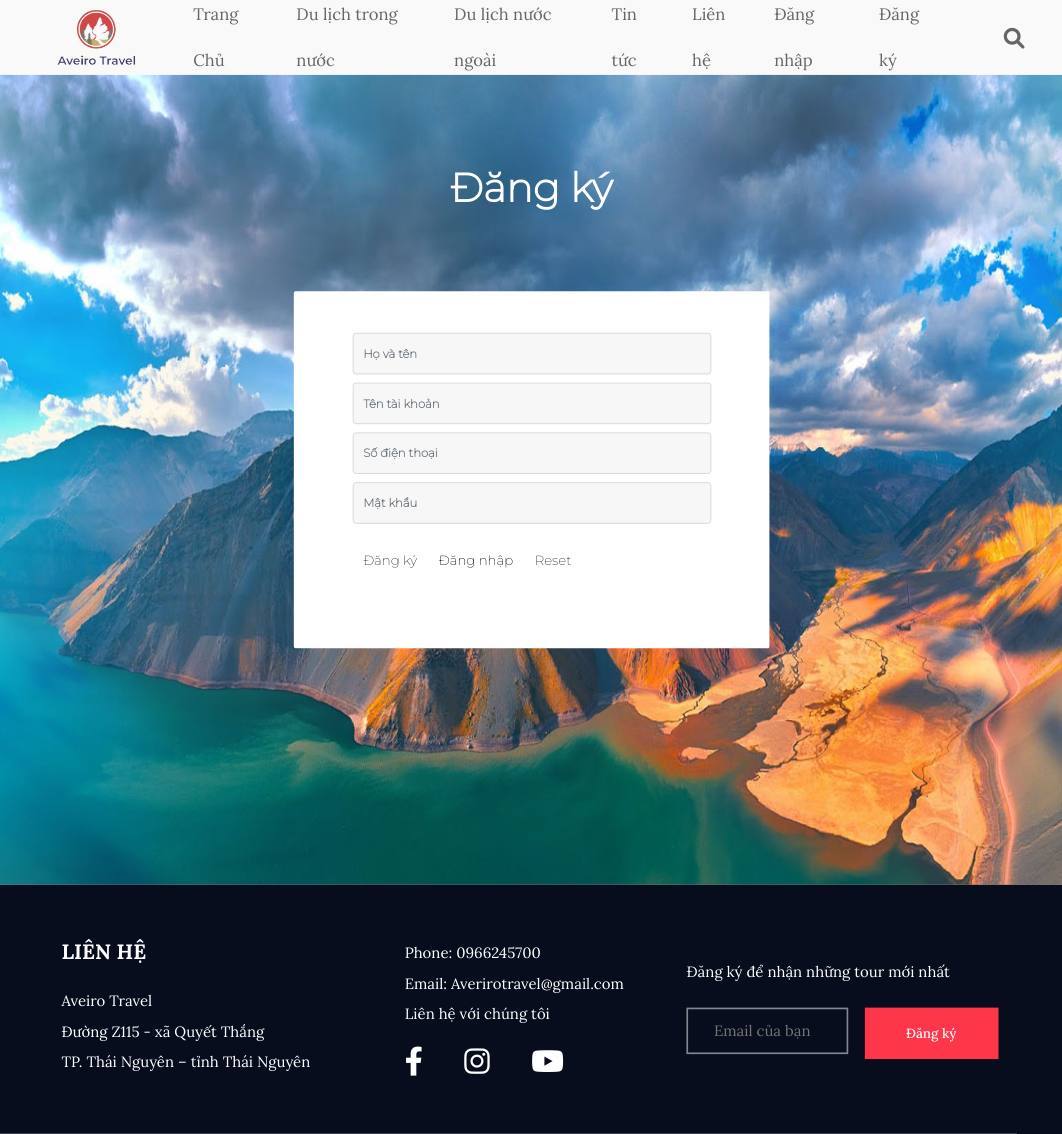
Repository: tuan842001/demotest
Page: /register
These files come from the project's save history. The page is drawn as it stood at one moment and after a run of saves; the edit follows.
The browser window is 1280 px wide. The pictures show the whole page, at 83% of full size.
The project was rebuilt for these pictures with package versions that can differ from the ones it lists, and the page was loaded fresh each time. Also part of the build but not shown: src/components/header/header.css, src/components/header/Header.jsx, src/components/top/top.css, src/components/top/Top.jsx, src/components/post/post.css, src/components/post/Post.jsx, src/components/intourPost/intourPost.css, src/components/intourPost/IntourPost.jsx and 15 more.

Above is the page before, as saved 2021-10-14 22:29:41.

### public/index.html
<!DOCTYPE html>
<html lang="en">
  <head>
    <meta charset="utf-8" />
    <link rel="icon" href="%PUBLIC_URL%/favicon.ico" />
    <meta name="viewport" content="width=device-width, initial-scale=1" />
    <meta name="theme-color" content="#000000" />
    <meta name="description" content="Web site created using create-react-app"/>
    <link href="https://fonts.googleapis.com/css2?family=Lora:wght@400;500;600;700&display=swap" rel="stylesheet">
    <link rel="stylesheet" href="https://cdnjs.cloudflare.com/ajax/libs/font-awesome/6.0.0-beta2/css/all.min.css" integrity="sha512-YWzhKL2whUzgiheMoBFwW8CKV4qpHQAEuvilg9FAn5VJUDwKZZxkJNuGM4XkWuk94WCrrwslk8yWNGmY1EduTA==" crossorigin="anonymous" referrerpolicy="no-referrer" />
    <link href="https://fonts.googleapis.com/css2?family=Lora:ital,wght@1,700&family=Montserrat:wght@200&display=swap" rel="stylesheet">
    <link href="https://cdn.jsdelivr.net/npm/bootstrap@5.1.3/dist/css/bootstrap.min.css" rel="stylesheet" integrity="sha384-1BmE4kWBq78iYhFldvKuhfTAU6auU8tT94WrHftjDbrCEXSU1oBoqyl2QvZ6jIW3" crossorigin="anonymous">
    <title>Aveiro Travel</title>
  </head>
  <body>
    <noscript>You need to enable JavaScript to run this app.</noscript>
    <div id="root"></div>
  </body>
</html>

### src/App.js
import Home from './pages/home/Home';
import Intour from './pages/intour/Intour';
import Login from './pages/login/Login';
import Register from './pages/register/Register';
import TopBar from './components/topbar/TopBar';
import Bottombar from "./components/bottombar/Bottombar";
import "./app.css"
import {
  BrowserRouter as Router,
  Switch,
  Route,
  Link
} from "react-router-dom";


function App() {
  const user = false;
  return (
    <Router>
    <TopBar />
      <Switch>
        <Route path="/register">
          <Register />
        </Route>
        <Route path="/login">
          <Login />
        </Route>
        <Route path="/intour">
          <Intour />
        </Route>
        <Route path="/">
          <Home />
        </Route>
      </Switch>
    </Router>
  );
}

export default App;

### src/pages/register/Register.jsx
import "./register.css";
import { Link } from "react-router-dom";
import Bottombar from "../../components/bottombar/Bottombar";

export default function Register() {
  return (
    <>
      <div className="register">
        <img className="loginImg" src="./assets/images/register2.jpg" alt="" />
        <div className="container">
          <div className="row">
            <div className="col-md-12">
              <div className="loginContent">
                <div className="loginContentInner">
                  <div className="loginTitle">Đăng ký</div>
                </div>
              </div>
            </div>
            <div className="col-md-12">
              <div className="loginFrom">
                <div className="loginMain">
                  <form id="Login" method="post">
                    <div class="form-group">
                      <input
                        type="text"
                        class="form-control loginform"
                        value=""
                        id="inputEmail"
                        name="name"
                        placeholder="Họ và tên"
                      />
                    </div>
                    <div className="form-group">
                      <input
                        name="email"
                        type="email"
                        className="form-control loginform"
                        id="inputUsername"
                        placeholder="Tên tài khoản"
                      />
                    </div>
                    <div class="form-group">
                      <input
                        type="text"
                        value=""
                        class="form-control loginform"
                        id="inputEmail"
                        name="sdt"
                        placeholder="Số điện thoại"
                      />
                    </div>
                    <div className="form-group">
                      <input
                        name="password"
                        type="password"
                        className="form-control loginform"
                        id="inputPassword"
                        placeholder="Mật khẩu"
                      />
                    </div>

                    <button
                      class="btn btn-gradient-01"
                      name="action"
                      value="add-khachhang"
                      id="add-tour"
                      type="submit"
                    >
                      <i class="la la-check"></i>Đăng ký
                    </button>
                    <button class="btn btn-gradient-01">
                      <Link style={{ color: "#000" }} to="/login">
                        Đăng nhập
                      </Link>
                    </button>
                    <button class="btn btn-gradient-01" type="reset">
                      <i class="la la-rotate-left"></i>Reset
                    </button>
                  </form>
                </div>
              </div>
            </div>
          </div>
        </div>
      </div>
      <Bottombar />
    </>
  );
}

### src/components/topbar/TopBar.jsx
import { Link } from "react-router-dom";
import React from "react";
import "./topbar.css";

export default function TopBar() {
  const user = false;
  return (
    <div className="top">
      <div className="topLeft">
        <img
          className="topImg"
          src="./assets/images/logoAveiroTravel.png"
          alt=""
        />
      </div>
      <div className="topCenter">
        <ul className="topList">
          <li className="topListItem">
            <Link
              style={{
                textDecoration: "none",
                color: "inherit",
                fontsize: "20px",
              }}
              to="/"
            >
              Trang Chủ
            </Link>
          </li>
          <li className="topListItem">
            <Link
              style={{
                textDecoration: "none",
                color: "inherit",
                fontsize: "20px",
              }}
              to="/intour"
            >
              Du lịch trong nước
            </Link>
          </li>
          <li className="topListItem">
            <Link
              style={{
                textDecoration: "none",
                color: "inherit",
                fontsize: "20px",
              }}
              to="/intour"
            >
              Du lịch nước ngoài
            </Link>
          </li>
          <li className="topListItem">
            <Link
              style={{
                textDecoration: "none",
                color: "inherit",
                fontsize: "20px",
              }}
              to="/intour"
            >
              Tin tức
            </Link>
          </li>
          <li className="topListItem">
            <Link
              style={{
                textDecoration: "none",
                color: "inherit",
                fontsize: "20px",
              }}
              to="/intour"
            >
              Liên hệ
            </Link>
          </li>
          <li className="topListItem">
            <Link
              style={{
                textDecoration: "none",
                color: "inherit",
                fontsize: "20px",
              }}
              to="/login"
            >
              Đăng nhập
            </Link>
          </li>
          <li className="topListItem">
            <Link
              style={{
                textDecoration: "none",
                color: "inherit",
                fontsize: "20px",
              }}
              to="/register"
            >
              Đăng ký
            </Link>
          </li>
        </ul>
      </div>
      <div className="topRight">
        <i className="topSearchIcon fas fa-search"></i>
      </div>
    </div>
  );
}

### src/components/bottombar/Bottombar.jsx
import "./bottombar.css";

export default function Bottombar() {
  return (
    <div className="bottombar">
      <div className="bottomLeft">
        <span className="bottomTitle">LIÊN HỆ</span>
        <span className="bottomText">Aveiro Travel</span>
        <span className="bottomText">Đường Z115 - xã Quyết Thắng</span>
        <span className="bottomText">TP. Thái Nguyên – tỉnh Thái Nguyên</span>
      </div>
      <div className="bottomCenter">
        <span className="bottomText">Phone: 0966245700</span>
        <span className="bottomText">Email: Averirotravel@gmail.com</span>
        <span className="bottomText">
          Liên hệ với chúng tôi <i></i>
        </span>
        <div className="bottomItem">
          <i className="bottomIcon fab fa-facebook-f"></i>
          <i className="bottomIcon fab fa-instagram"></i>
          <i className="bottomIcon fab fa-youtube"></i>
        </div>
      </div>
      <div className="bottomRight">
        <span className="bottomText">Đăng ký để nhận những tour mới nhất</span>
        <div className="bottomSubscribe">
          <input
            type="email"
            id="bottom_input"
            className="bottom_input"
            placeholder="Email của bạn"
          />
          <button type="submit" id="bottom_button" class="bottom_button">
            Đăng ký
          </button>
        </div>
      </div>
    </div>
  );
}

### src/app.css
*{
    margin: 0;
    padding: 0;
    -webkit-font-smoothing: antialiased;
    -webkit-text-shadow: rgba(0,0,0,.01) 0 0 1px;
    text-shadow: rgb(0 0 0 / 1%) 0 0 1px;
}
body{
    font-family: 'Montserrat', sans-serif;
    font-size: 14px;
    font-weight: 400;
    background: #FFFFFF;
    color: #131a2f;
}
ul{
    list-style: none;
    margin-bottom: 0px;
}
a{
    display: block;
    font-size: 16px;
    font-weight: 500;
    line-height: 56px;
    text-decoration: none;
    background-color: transparent;
}
.container{
    width: 100%;
    padding-right: 15px;
    padding-left: 15px;
    margin-right: auto;
    margin-left: auto;
    position: relative;
}
.row{
    display: -ms-flexbox;
    display: flex;
    -ms-flex-wrap: wrap;
    flex-wrap: wrap;
    padding-top: 40px;
    padding-bottom: 65px;
    margin-left: calc(50% - 585px);
    margin-right: calc(50% - 585px);
}
.col{
    -ms-flex-preferred-size: 0;
    flex-basis: 0;
    -ms-flex-positive: 1;
    flex-grow: 1;
    max-width: 100%;
}
.sectionTitle{
    padding-top: 30px;
    line-height: 1.1;
    font-size: 40px;
    font-weight: 300;
    text-align: center!important;

}
.sectionTitle div {
    font-size: 16px;
    font-weight: 600;
    color: #7d8293;
    text-transform: uppercase;
    margin-top: 19px;
}
img{
    vertical-align: middle;
    border-style: none;
}
div{
    display: block;
    position: relative;
    -webkit-box-sizing: border-box;
    -moz-box-sizing: border-box;
    box-sizing: border-box;
}


.dropdown-content {
    display: none;
    position: absolute;
    right: 0;
    top: 100%;
    margin: 0;
    width: 100%;
    background: #FFFFFF;

    z-index: 1;
    box-shadow: 0 15px 25px rgb(63 78 100 / 15%);
}

.dropdown:hover .dropdown-content {
    display: block;
}

### src/pages/login/login.css
.loginImg{
    position: absolute;
    top: 0;
    left: 0;
    width: 100%;
    height: 100%;
    background-repeat: no-repeat;
    background-size: cover;
    background-position: center center;
}
.loginContent{
    width: 100%;
    height: 401px;
    top: -15%;
}
.loginTitle{
    font-size: 48px;
    font-weight: 700;
    color: #FFFFFF;
    text-align: center;
}
.loginContentInner{
    position: absolute;
    top: 30%;
    left: 0;
    width: 100%;
    text-align: left;
}
.loginForm{
    text-align: center;
}
.loginMain{
    background: #ffffff none repeat scroll 0 0;
    border-radius: 2px;
    margin: 10px auto 30px;
    max-width: 50%;
    padding: 50px 70px 70px 71px;
    bottom: 190px;
}
.form-group{
    margin-bottom: 10px;
}
.loginform{
    background: #f7f7f7 none repeat scroll 0 0;
    border: 1px solid #d4d4d4;
    border-radius: 4px;
    font-size: 14px;
    height: 50px;
    line-height: 50px;
    font-weight: 700;
}
.forgot {
    text-align: left;
    margin-bottom: 30px;
}
.forgot a {
    font-weight: 700;
    color: #777777;
    font-size: 14px;
    text-decoration: underline;
}
.login-form {
    background: #fe435b none repeat scroll 0 0;
    border-color: #fe435b;
    color: #ffffff;
    font-size: 14px;
    width: 100%;
    height: 50px;
    line-height: 50px;
    padding: 0;
    font-weight: 700;
}

### src/components/topbar/topbar.css
.top{
    width: 100%;
    height: 90px;
    background-color: #f9f9f9;
    position: sticky;
    top: 0;
    display: flex;
    align-items: center;
    font-family: 'Lora', serif;
    color: #666;
    z-index: 999;
}

.topLeft{
    flex: 2;
    display: flex;
    align-items: center;
    justify-content: center;
}
.topCenter{
    flex: 8;
}
.topRight{
    flex: 1;
    display: flex;
    align-items: center;
    justify-content: center;
}
.topImg{
    width: 140px;
    height: 140px;
    object-fit: cover;
}
.topList{
    display: flex;
    justify-content: end;
    margin: 0;
    padding: 0;
    list-style: none;
}
.topListItem{
    margin-right: 40px;
    font-size: 20px;
    font-weight: 400;
    cursor: pointer;
}
.topListItem a {
    font-size: 20px;
    font-weight: 400;
}
.topSearchIcon{
    font-size: 25px;
    color: #666;
    cursor: pointer;
}

### src/components/bottombar/bottombar.css
.bottombar{
    width: 100%;
    height: 300px;
    background-color: #080d1d;
    display: flex;
    align-items: center;
    font-family: 'Lora', serif;
    color: #fff;
    font-size: 18px;
    position: absolute;
}
.bottomLeft, .bottomCenter {
    flex: 3;
    display: flex;
    flex-direction: column;
    justify-content: center;
    margin-left: 74px;
}

.bottomRight{
    flex: 4;
    display: flex;
    flex-direction: column;
    justify-content: center;
}
.bottomTitle{
    font-size: 25px;
    font-weight: 700;
    margin-bottom: 25px;
}
.bottomText{
    margin-bottom: 10px;
}
.bottomIcon{
    font-size: 35px;
    margin-top: 15px;
    margin-right: 50px;
    cursor: pointer;
}
.bottomSubscribe{
    display: flex;
    margin-top: 20px;
}
.bottom_input{
    width: calc(65% - 100px);
    height: 56px;
    border: solid 2px rgba(255,255,255,0.5);
    outline: none;
    background: transparent;
    padding-left: 31px;
    color: #FFFFFF;
}
.bottom_button{
    width: 161px;
    height: 62px;
    vertical-align: top;
    cursor: pointer;
    border: none;
    outline: none;
    background: #fe364a;
    color: #FFFFFF;
    font-size: 16px;
    margin-left: 20px;
    font-weight: 500;
    -webkit-transition: all 200ms ease;
    -moz-transition: all 200ms ease;
    -ms-transition: all 200ms ease;
    -o-transition: all 200ms ease;
    transition: all 200ms ease;
}

Loaded but not shown: src/index.js (common file); src/pages/intour/intour.css (no stored copy; drawn as an empty file)

After the next 2 saves:
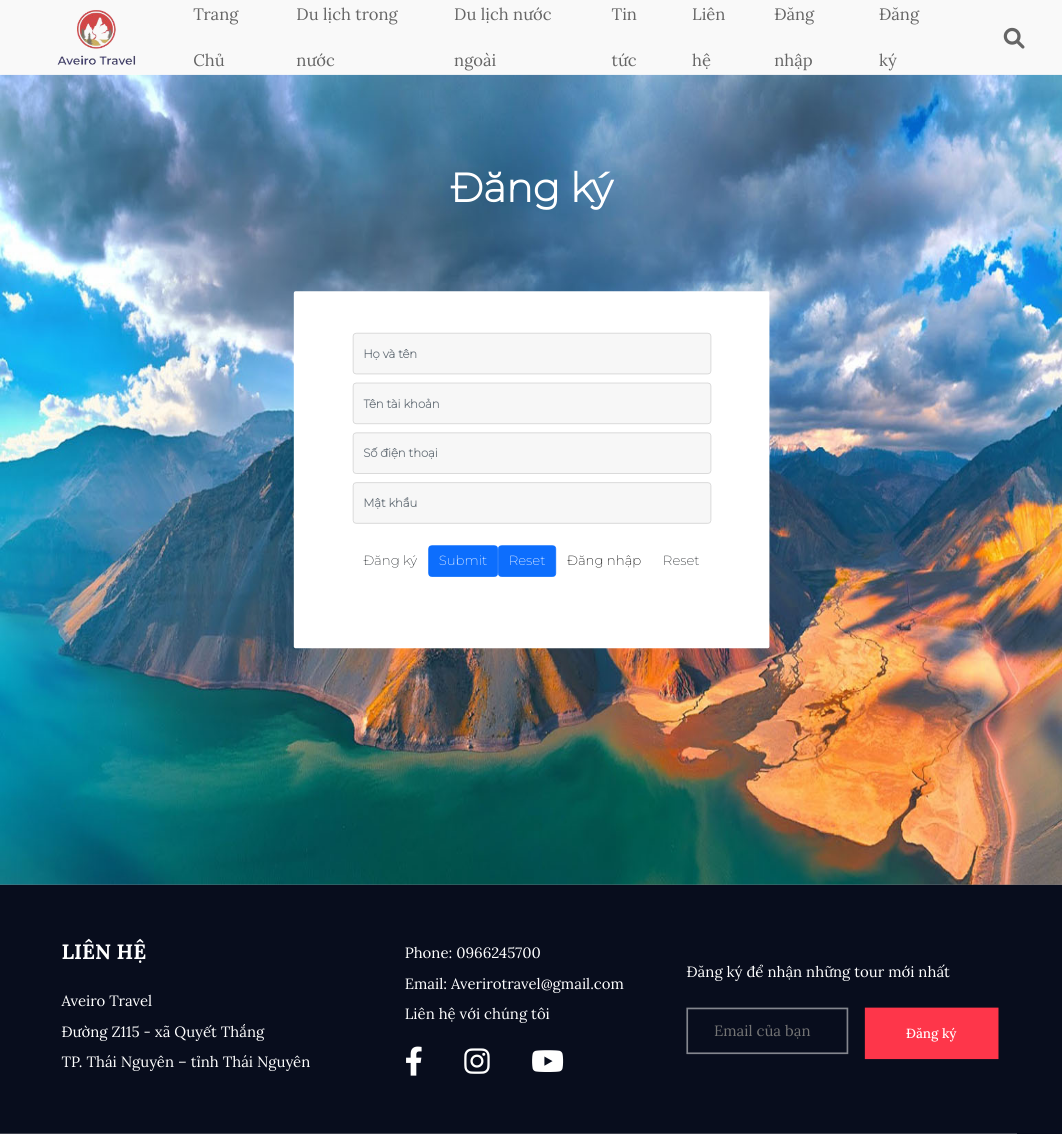
The 2 saves are shown as one change because 1 did not build or start.
The last was saved 11 h 46 min later.
--- a/src/pages/register/Register.jsx
+++ b/src/pages/register/Register.jsx
@@ -68,6 +68,12 @@
                     >
                       <i class="la la-check"></i>Đăng ký
                     </button>
+                    <input
+                      class="btn btn-primary"
+                      type="submit"
+                      value="Submit"
+                    />
+                    <input class="btn btn-primary" type="reset" value="Reset" />
                     <button class="btn btn-gradient-01">
                       <Link style={{ color: "#000" }} to="/login">
                         Đăng nhập
